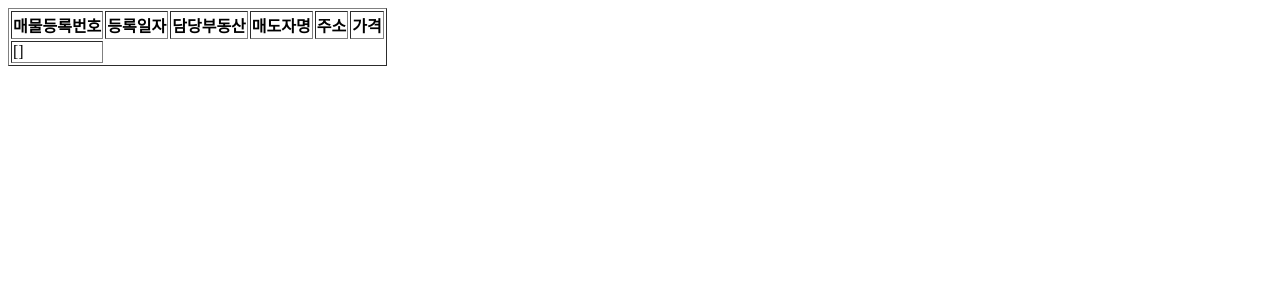
Repository: Leekm0912/2-1_JSP-DB_Project
Page: http://localhost/WebTest/DB/DBTest.jsp
An editor plug-in stored every save of this project. The page is shown before and after the next save, followed by the edit.
The browser window is 1280 px wide. The pictures show the whole page.
The page is served by Tomcat 9. Queries for data that is not in the repository find no rows.

Above is the page before, as saved 2020-06-10 01:53:03.

After the next save:
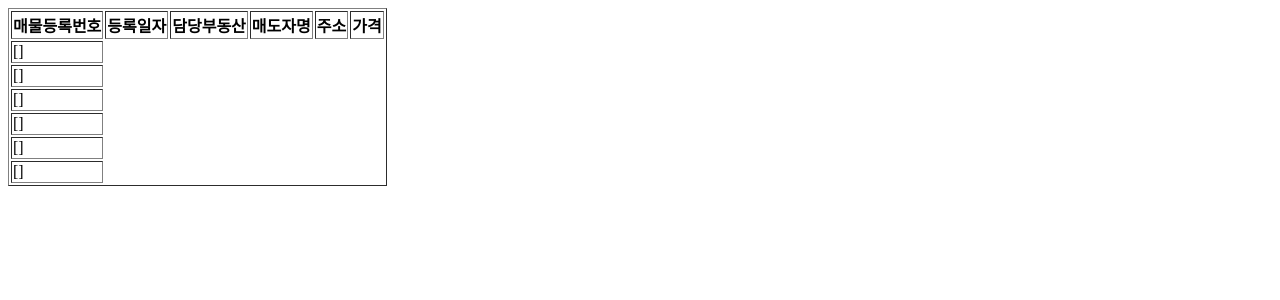
Saved 7 s later.
--- a/WebTest/WebContent/DB/DBTest.jsp
+++ b/WebTest/WebContent/DB/DBTest.jsp
@@ -65,6 +65,31 @@
 				<td>${ i }</td>
 			</c:forEach>
 		</tr>
+		<tr>
+			<c:forEach var="i" items="${ row1 }">
+				<td>${ i }</td>
+			</c:forEach>
+		</tr>
+		<tr>
+			<c:forEach var="i" items="${ row1 }">
+				<td>${ i }</td>
+			</c:forEach>
+		</tr>
+		<tr>
+			<c:forEach var="i" items="${ row1 }">
+				<td>${ i }</td>
+			</c:forEach>
+		</tr>
+		<tr>
+			<c:forEach var="i" items="${ row1 }">
+				<td>${ i }</td>
+			</c:forEach>
+		</tr>
+		<tr>
+			<c:forEach var="i" items="${ row1 }">
+				<td>${ i }</td>
+			</c:forEach>
+		</tr>
 
 
 
